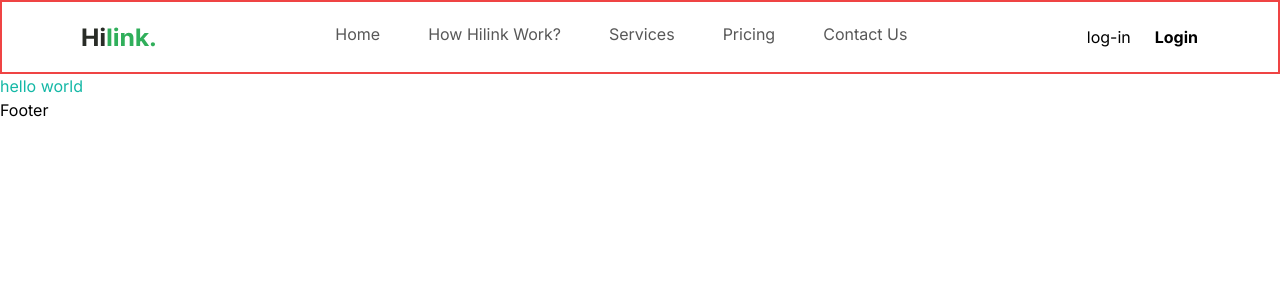
Repository: tarun4141/travel-app
Page: /
The author's editor kept a copy of each file at every save. The page is drawn from the files as they stood at one save, then again after a run of saves.
The browser window is 1280 px wide. The pictures show the whole page.
The project was rebuilt for these pictures with package versions that can differ from the ones it lists, and the page was loaded fresh each time. The framework's server and built-in components were replaced by stand-ins that run in the browser. Also part of the build but not shown: next.config.mjs.

Above is the page before, as saved 2024-06-23 02:10:13.

After the next 16 saves:
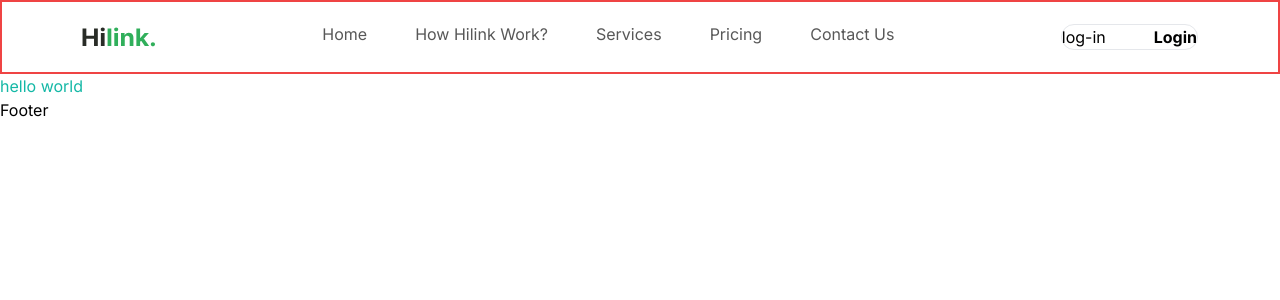
The 16 saves are shown as one change because they came seconds apart.
The last was saved 24 s later.
--- a/components/Button.tsx
+++ b/components/Button.tsx
@@ -11,7 +11,7 @@ type ButtonProps ={
 const Button = ({type,title,icon,variant}:ButtonProps) => {
   return (
     <button
-    className={`flexCenter`}
+    className={`flexCenter gap-3 rounded-full border`}
 
     type={type}>
         log-in
